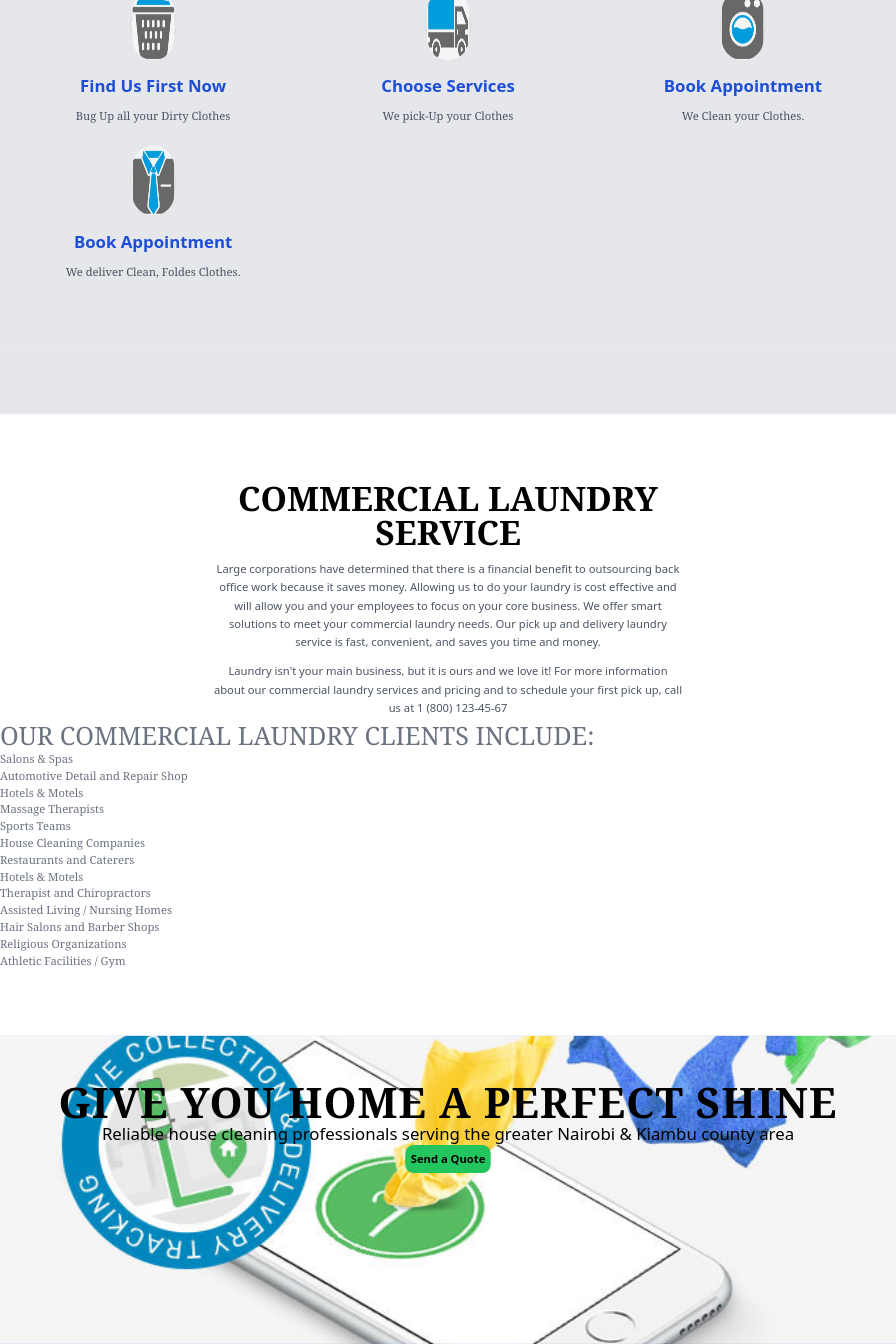
Repository: remydev47/smartlaundry
Page: /
These files come from the project's save history. The page is drawn as it stood at one moment and after the next save; the edit follows.
The browser window is 1280 px wide. The pictures show the part of the page from y = 2877 to 4797 px (the page is 4797 px tall), at 70% of full size.
The project was rebuilt for these pictures with package versions that can differ from the ones it lists, and the page was loaded fresh each time. The framework's server and built-in components were replaced by stand-ins that run in the browser. Also part of the build but not shown: next.config.js, components/Prices.tsx, components/Reasons.tsx, components/Testimonial.tsx, components/Pricing.tsx, components/Footer.tsx.

Above is the page before, as saved 2022-10-24 16:34:29.

After the next save:
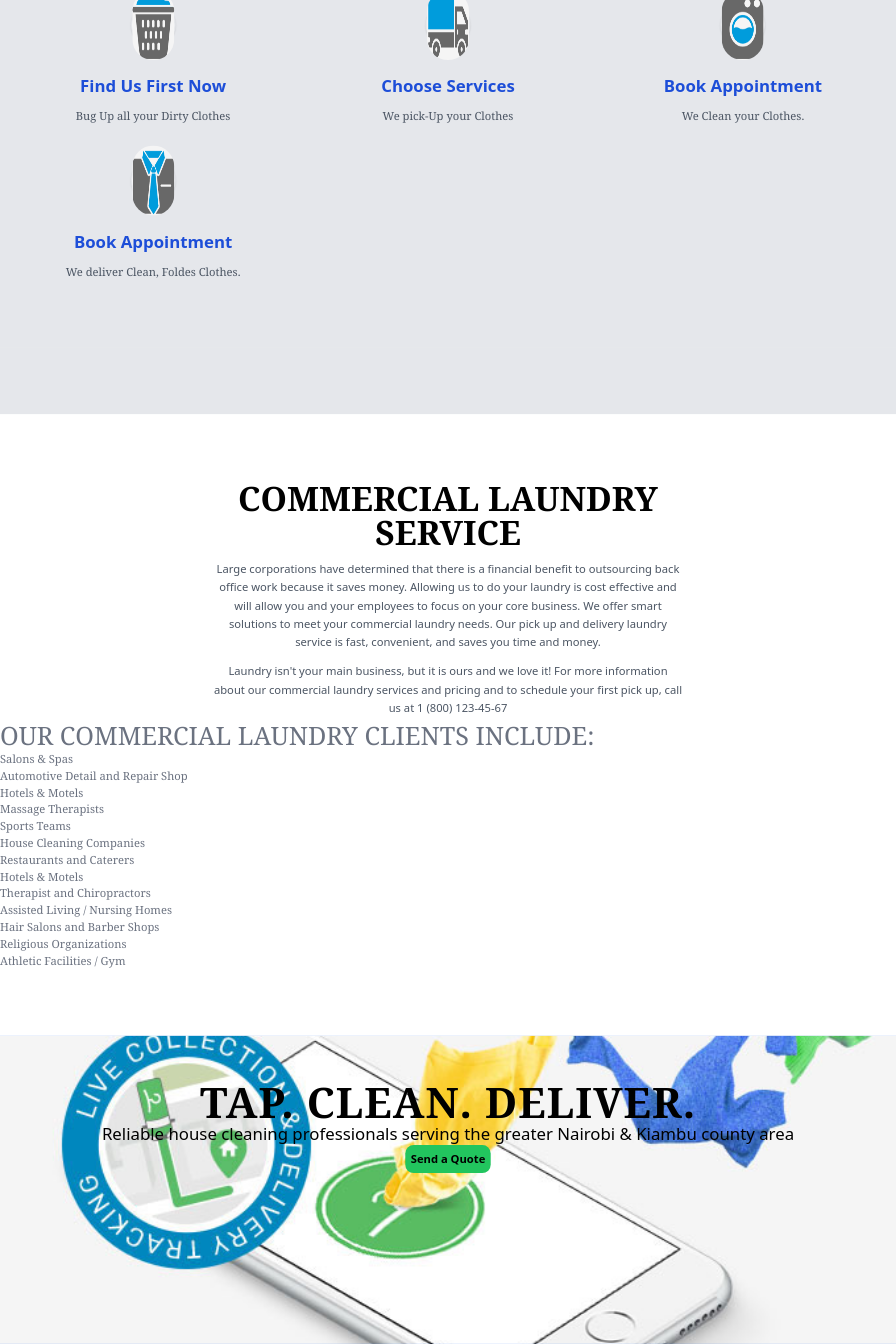
Saved 81 s later.
--- a/components/Banner.tsx
+++ b/components/Banner.tsx
@@ -12,7 +12,7 @@ const Banner = () => {
        <div className="absolute inset-0">
         <div className='flex flex-col items-center mx-4 mt-16 text-center '>
                 <h1 className={styles.innerbanner}>
-                    Give you Home a Perfect Shine
+                  TAP. CLEAN. DELIVER.
                 </h1>
                 <span className='text-xl text-black sm:text-2xl'>
                     Reliable house cleaning professionals serving the greater Nairobi & Kiambu county area
